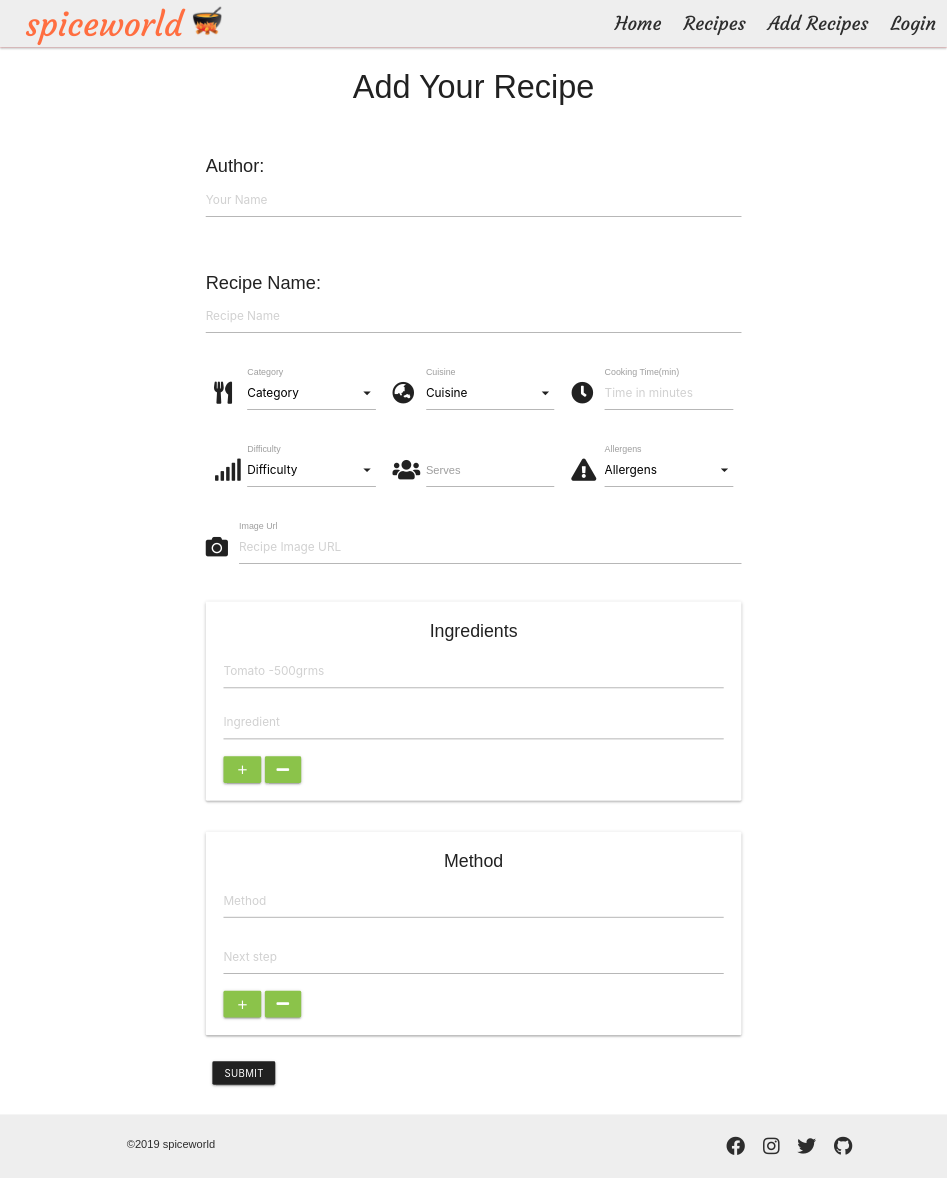
Repository: stephyraju/spiceworld
Page: http://localhost/add_recipe
The author's editor kept a record of every edit. The page is drawn from the files as they stood at one moment, then again after the next edit.
The browser window is 1280 px wide. The pictures show the whole page, at 74% of full size.
Some web libraries are served in a nearby version. The page is served by the project's application, run on Flask 3 (app.py). Queries for data that is not in the repository find no rows.

Above is the page before.

After the next edit:
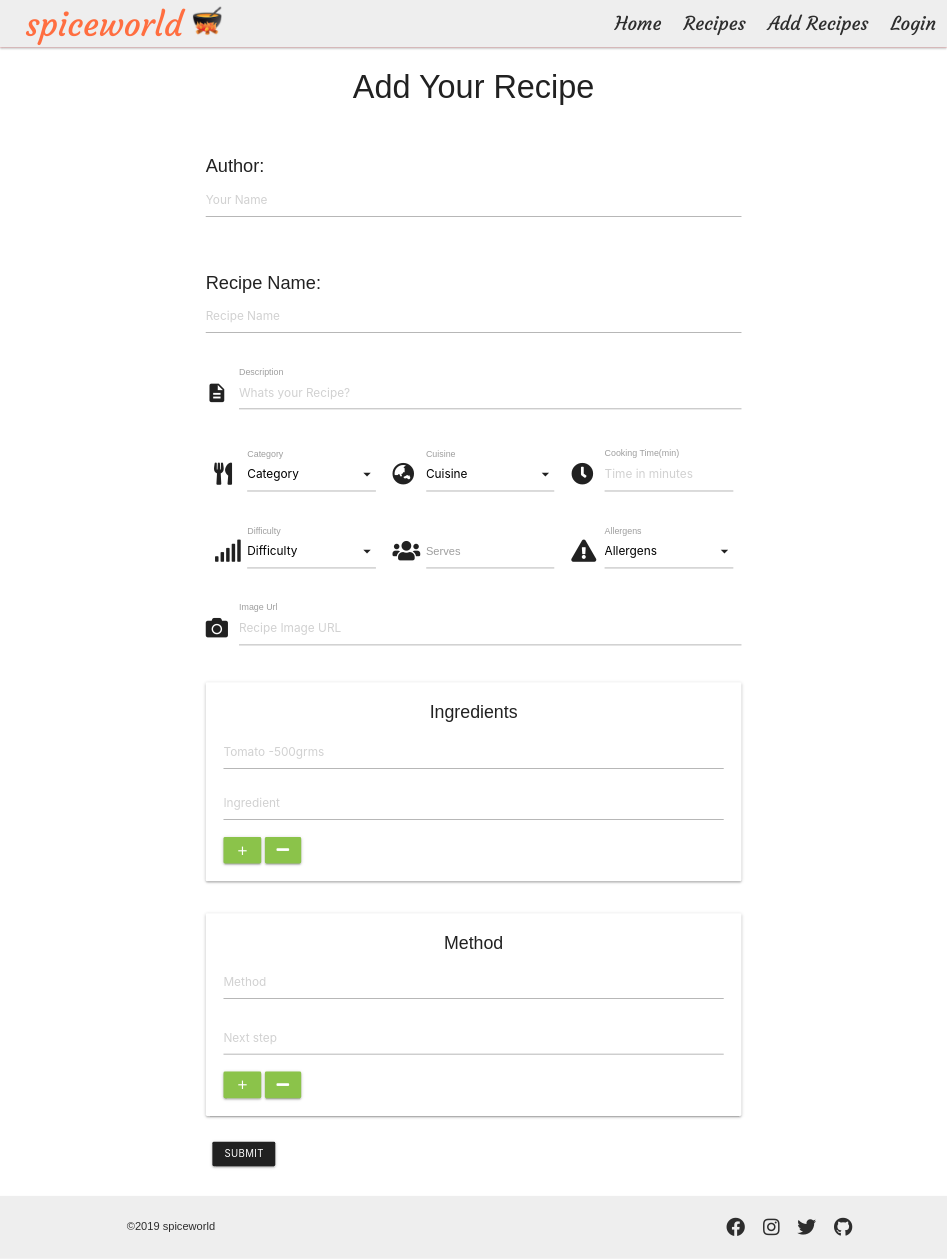
The edit:
--- a/templates/addrecipe.html
+++ b/templates/addrecipe.html
@@ -19,7 +19,13 @@
                     <input placeholder="Recipe Name" id="recipe_name" name="recipe_name" type="text" class="validate" required="">
                 </div>
             </div>
-
+ <div class="row">
+                <div class="input-field col s10 offset-s1">
+                    <i class="material-icons prefix ">description</i>
+                    <textarea placeholder="Whats your Recipe?" name="recipe_description" id="recipe_description" class="materialize-textarea" required></textarea>
+                    <label for="icon_telephone">Description</label>
+                </div>
+            </div>
             <!-- Category -->
             <div class="row">
                 <div class="col m10 offset-m1">
